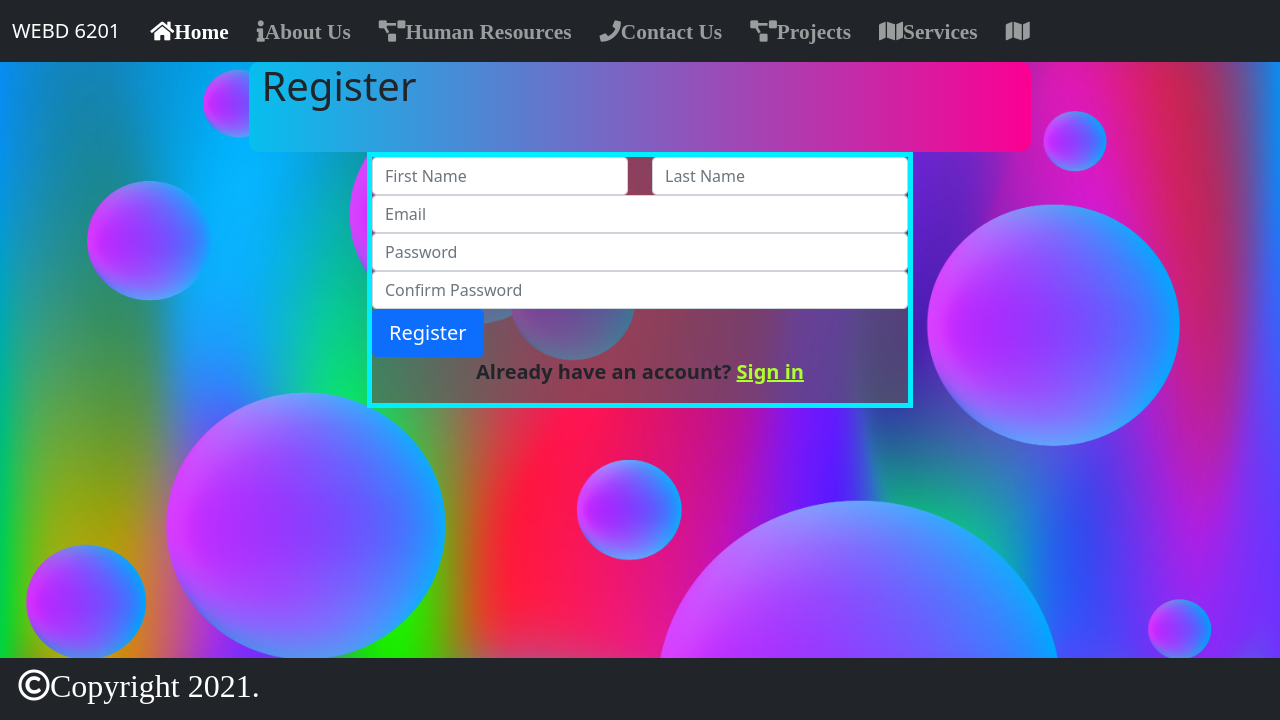
Repository: vans12345678/WEBD6201-W2021-Lab2
Page: register.html
These files come from the project's save history. The page is drawn as it stood at one moment and after the next save; the edit follows.
The browser window is 1280 px wide. The pictures show the whole page.

Above is the page before, as saved 2021-02-24 19:45:13.

### register.html
<!DOCTYPE html>
<html lang="en">
<head>
    <meta charset="UTF-8">
    <meta name="viewport" content="width=device-width, initial-scale=1.0">
    <title>Register</title>
    <!-- CSS Section -->
    <link rel="stylesheet" href="./node_modules/bootstrap/dist/css/bootstrap.min.css">
    <link rel="stylesheet" href="./node_modules/@fortawesome/fontawesome-free/css/all.min.css">
    <link rel="stylesheet" href="./Content/app.css">
</head>
<body class ="Vapor">
    <!-- Main Header -->
    <header>
        <!-- Main Navigation -->
        <nav class="navbar navbar-expand-lg navbar-dark bg-dark">
            <div class="container-fluid">
                <a id ="navHome" class="navbar-brand" href="index.html"></a>
                <button class="navbar-toggler" type="button" data-bs-toggle="collapse" data-bs-target="#navbarSupportedContent" aria-controls="navbarSupportedContent" aria-expanded="false" aria-label="Toggle navigation">
                  <span class="navbar-toggler-icon"></span>
                </button>
                <div class="collapse navbar-collapse" id="navbarSupportedContent">
                  <ul id = "ulNav" class="navbar-nav me-auto mb-2 mb-lg-0">
                    <li class="nav-item">
                      <a  class="nav-link active" aria-current="page" href="index.html"><i id ="navIndex"class = "fas fa-home fa-lg"></i></a>
                    </li>
                    <li class="nav-item" id ="navAbout">
                      <a  class="nav-link " aria-current="page" href="about.html"><i id ="navAboutItem"class = "fas fa-info fa-lg"></i></a>
                    </li>
                    <li class="nav-item">
                      <a  class="nav-link " aria-current="page" href="contact.html"><i id ="navContact"class = "fas fa-phone fa-lg"></i></a>
                    </li>
                    <li class="nav-item">
                      <a  class="nav-link" aria-current="page" href="projects.html"><i id ="navProjects" class ="fas fa-project-diagram fa-lg">Products</i></a>
                    </li>
                    <li class="nav-item">
                      <a  class="nav-link " aria-current="page" href="services.html"><i id ="navServices"class = "fas fa-map fa-lg"></i></a>
                    </li>
                    <li class="nav-item">
                      <a  class="nav-link " aria-current="page" href="login.html"><i id ="navLogin"class = "fas fa-map fa-lg"></i></a>
                    </li>
                  </ul>
                </div>
              </div>
          </nav>
    </header>
<!-- Main Content -->
    <!-- Main Content -->
    <main class="container" id="mainContent">
        <h1 class = "container">Register</h1>
        <div class="row">
            <div class="offset-md-3 col-md-6 col-sm-12">
                  <div class="login" id="contentArea"></div>
                      <form class = "fromBackground" id="registerForm" novalidate>
                        <div class="form-group">
                          <div class="row">
                            <div class="col-md-6">
                              <input class="form-control" type="text" name="firstName" id="FirstName" placeholder="First Name" required>
                            </div>
                            <div class="col-md-6">
                              <input class="form-control" type="text" name="lastName" id="lastName" placeholder="Last Name" required>
                            </div>
                          </div>
                        </div>
                        <div class="form-group">
                          <div class="row">
                            <div class="col-md-12">
                              <input type="email" class="form-control" id="emailAddress" name="emailAddress" required
                              value="" placeholder="Email">
                            </div>
                          </div>
                        </div>
                        <div class="form-group">
                          <div class="row">
                            <div class="col-md-12">
                              <input type="password" class="form-control" id="password" name="password"  required
                              value="" placeholder="Password">
                            </div>
                          </div>
                        </div>
                        <div class="form-group">
                          <div class="row">
                            <div class="col-md-12">
                              <input type="password" class="form-control" id="confirmPassword" name="confirmPassword"  required
                              value="" placeholder="Confirm Password">
                            </div>
                          </div>
                        </div>
                        <div class="text-right">
                          <button id="submitButton" type="submit" class="btn btn-primary btn-lg">Register</button>
                        </div>
                        <p class="text-center fs-5 fw-bold">
                        Already have an account?
                        <a href="login.html">Sign in</a>
                        </p>
                      </form>
                  </div>
            </div>
        </div>
    </main>

<!-- Main Footer -->
<footer>
    <nav class="navbar fixed-bottom navbar-dark bg-dark">
        <div class="container-fluid">
            <h4><i id = "footer" class="far fa-copyright fa-lg site-footer"></i></h4>
        </div>
      </nav>
</footer>
<!-- Script Section -->
<script src="./node_modules/jquery/dist/jquery.min.js"></script>
<script src="./node_modules/bootstrap/dist/js/bootstrap.bundle.min.js"></script>
<script src="./Scripts/app.js"></script>
</body>
</html>

### Content/app.css
/* custom css goes here */
.Vapor {
    background-image: url('../images/vapor.jpg');
    background-repeat: no-repeat;
    background-attachment: fixed;
    background-size: 100% 100%;
  }
  a {
    color: greenyellow;
  }
  .textFont
  {
    font-family: Arial, Helvetica, sans-serif;
    line-height: 32px;
  }
  body
  {
    background-color: rgb(90, 90, 90);
  }
  h1.container{
    border-radius: 10px;
    width: 70%;
    height: 90px;
    margin: 0px auto;
    background: linear-gradient(90deg,#06bfee,#fb0093)
  }
  h1.projects{
    background-color: white;
  }
  .contact-table{
    width: 100%;
    margin:  50px auto;
    background-color: white;
  }
  .contact-form
  {
    width: 100%;
    margin:  100px auto;
  }
  .warnMessage
  {
    width: 90%;
    margin:  50px;
  }
  .site-footer {
    color:white;
  }
  .formMargin
  {
    margin: 35px 70px;
  }
  .inputMargin
  {
    margin: 5px 10px;
  }

  .fromBackground
  {
    background-color: #5a5a5aa1;
    border: 5px solid rgb(0, 238, 255);

  }
  i{
    margin:7px 6px;
  }

### Scripts/app.js
/************************************************************
 * Name: Andre Agrippa, Michai Pryce
 * Date: 01/20/2021
 * Description: This file adds functionality to the Home,
 * About Us, Human Resources, Contact Us, Projects and Services
 * pages.
 * Date Completed:
 */

"use strict";


(function(){

    /**
     * Display Nav bar function to display nav and footer
     */
    function DisplayNav()
    {
        let navTextElement = document.getElementById("navHome").textContent = "WEBD 6201";
        navTextElement = document.getElementById("navIndex").textContent = "Home";
        navTextElement = document.getElementById("navAboutItem").textContent = "About Us";

        let navAboutElement = document.getElementById("navAbout");
        let hrListItem = document.createElement("li");
        hrListItem.setAttribute("id", "liHumanResources");
        hrListItem.setAttribute("class", "nav-item");
        let navbar = document.getElementById("ulNav").appendChild(hrListItem);
        hrListItem.innerHTML = `<a class="nav-link" aria-current="page" href="human-resources.html">
        <i id ="navHumanResources" class ="fas fa-project-diagram fa-lg">Human Resources</i></a>`;
        if(document.title === "Human Resources"){
            hrListItem.innerHTML = `<a class="nav-link active" aria-current="page" href="human-resources.html">
            <i id ="navHumanResources" class ="fas fa-project-diagram fa-lg">Human Resources</i></a>`;
        }

        navAboutElement.after(hrListItem);

        navTextElement = document.getElementById("navContact").textContent = "Contact Us";
        navTextElement = document.getElementById("navProjects").textContent = "Projects";
        navTextElement = document.getElementById("navServices").textContent = "Services";
        navTextElement = document.getElementById("footer").textContent = "Copyright 2021.";
    }

    /**
     * Display home to display index page
     */
    function displayHome()
    {
        DisplayNav();
        let introText = "This is a simple site to demonstrate the about, contact, human resources, projects and services requirements for Lab 1 WEBD 6201 - Client Side Scripting";
        let titleText = "Welcome to WEBD 6201";

        let introTextElement = document.getElementById("indexTitle").textContent = titleText;
        introTextElement = document.getElementById("indexParagraph").textContent = introText;

    }
    /**
     * Display about to display about the creators
     */
    function displayAbout()
    {
        DisplayNav();

        //About Andre
        let aboutElement = document.getElementById("aboutTitle").textContent = "About Us";
        aboutElement = document.getElementById("aboutAText");
        aboutElement.innerHTML = `<h1>Andre Agrippa:</h1>
        <p class = "">I'm a 2nd year student at Durham College in the Computer Programming and Analysis program. I've been
        coding for several years now because I enjoy it and always looking to improve in this aspect.</p>
        <a class = "fa-lg" href="./resumes/andre_resume.pdf" download>Resume Download</a></br></br>
        <img src="./images/aa.jpg" alt="" style="width:500px;height:450px;">`;

        //About Michai
        aboutElement.innerHTML += `<h1>Michai Pryce:</h1>
        <p class = ""> Hello, I am in my final year in the Computer Programming Program at Durham College. I love
        to code and learn about the evergrowing advancements in technology. This is the demonstration for our first lab!
        </p>
        <a class = "fa-lg" href="./resumes/Copy_of_Resume.docx" download>Resume Download</a></br></br>
        <img src="./images/m.jpg" alt="" style="width:500px;height:450px;">`;

    }
    /**
     * Display top 3 projects page
     */
    function displayProjects()
    {
        DisplayNav();

        //Projects 1
        let projectsElement = document.getElementById("projectsTitle").textContent = "Projects";
        projectsElement = document.getElementById("projectsText").innerHTML =
        `<h3>Project One: COBOL Item List</h3>
        <p>This project reads records from a .dat file, performs calculations on the data then outputs it to a .out file neatly formatted.</p>
        <img src="./images/p1.png" alt="" style="width:800px;height:500px;">`;

        //Projects 2
        projectsElement = document.getElementById("projectsText").innerHTML +=
        `<h3>Project Two: C#, XAML, MDF  Preferred Shares and Common Shares</h3>
        <p>This project uses XAML for the windows form and a database to keep track of common and preferred shares.
        The database keeps track of how many shares(common/preferred) are  available and validation is applied.</p>
        <img src="./images/p2.png" alt="" style="width:800px;height:500px;">`;

        //Projects 3
        projectsElement = document.getElementById("projectsText").innerHTML +=
        `<h3>Project Three: ASP.NET and MVC Framework Animal Shelter</h3>
        <p>This project is a web application that keeps track of animals, owners, appointment and login info in a database.
        Relational database concepts are applied.</p>
        <img src="./images/p3.png" alt="" style="width:800px;height:500px;">`;

    }
    /**
     * Display top 3 services page
     */
    function displayServices()
    {
        DisplayNav();

        //Services 1
        let servicesElement = document.getElementById("servicesTitle").textContent = "Services";
        servicesElement = document.getElementById("servicesText").innerHTML =
        `<h3>Web Development:</h3>
        <p>We offer a variety of different web development (Front-end, Back-end, Databases). Languages (PHP, ASP.NET, JavaScript)</p>
        <img src="./images/s1.jpg" alt="" style="width:800px;height:500px;">`;

        //Services 2
        servicesElement = document.getElementById("servicesText").innerHTML +=
        `<h3>OOP Programming</h3>
        <p>We offer a variety of different Object Oriented Programming. We're experienced with C#, C++, Java etc.
        Whether it be windows forms applications, console applications GUI, etc.</p>
        <img src="./images/s2.png" alt="" style="width:800px;height:500px;">`;

        //Services 3
        servicesElement = document.getElementById("servicesText").innerHTML +=
        `<h3>Database Management System</h3>
        <p>It's been almost 3 years since we've had experience in database development. We've used software such as
        Microsoft SQL Server and PgAdmin4. Experienced with relational database concepts.</p>
        <img src="./images/s3.jpg" alt="" style="width:800px;height:500px;">`;


    }
    /**
     * Display contact form page
     */
    function displayContact()
    {
        DisplayNav();

        let messageArea = document.getElementById("messageArea");
        messageArea.hidden = true;

        //form validation
        let fullName = document.getElementById("fullName");
        fullName.addEventListener("blur", function()
        {
            if(fullName.value.length < 2)
            {
                fullName.focus();
                fullName.select();
                messageArea.hidden = false;
                messageArea.className = "alert alert-danger  ";
                messageArea.textContent = "Please enter an appropriate name > 2 characters";
            }
            else
            {
                messageArea.removeAttribute("class");
                messageArea.hidden = true;
            }
        });
            let sendButton = document.getElementById("sendButton");
            sendButton.addEventListener("click", function(event)
            {
                event.preventDefault();
                // //Displays twice?

                let contact = new Contact(fullName.value,contactNumber.value, emailAddress.value, shortMessage.value);

                console.log(contact.serialize());
                if(contact.serialize())
                {
                    localStorage.setItem((localStorage.length + 1).toString(),contact.serialize());

                    window.location.href = "index.html";
                }

            });

    }
    /**
     * Human resources page
     */
    function displayHumanResources()
    {
        DisplayNav();
    }
    function displayLogin()
    {
        DisplayNav();
    }
    function displayRegister()
    {
        DisplayNav();
    }

    /**
     * Start function, depending on document title will load specific page
     */
    function Start()
    {
        console.log("App Started...");

        //Based of title of html
        switch(document.title)
        {
            case "Index":
                displayHome();
                break;
            case "About Us":
                displayAbout();
                break;
            case "Projects":
                displayProjects();
                break;
            case "Services":
                displayServices();
                break;
            case "Contact Us":
                displayContact();
                break;
            case "Contact-List":
                displayContactList();
                break;
            case "Human Resources":
                displayHumanResources();
                break;
            case "Login":
                displayLogin();
                break;
            case "Register":
                displayRegister();
                break;
        }


    }

    window.addEventListener("load", Start);

})();

Loaded but not shown: node_modules/bootstrap/dist/css/bootstrap.min.css (library); node_modules/@fortawesome/fontawesome-free/css/all.min.css (library); node_modules/jquery/dist/jquery.min.js (library); node_modules/bootstrap/dist/js/bootstrap.bundle.min.js (library)

After the next save:
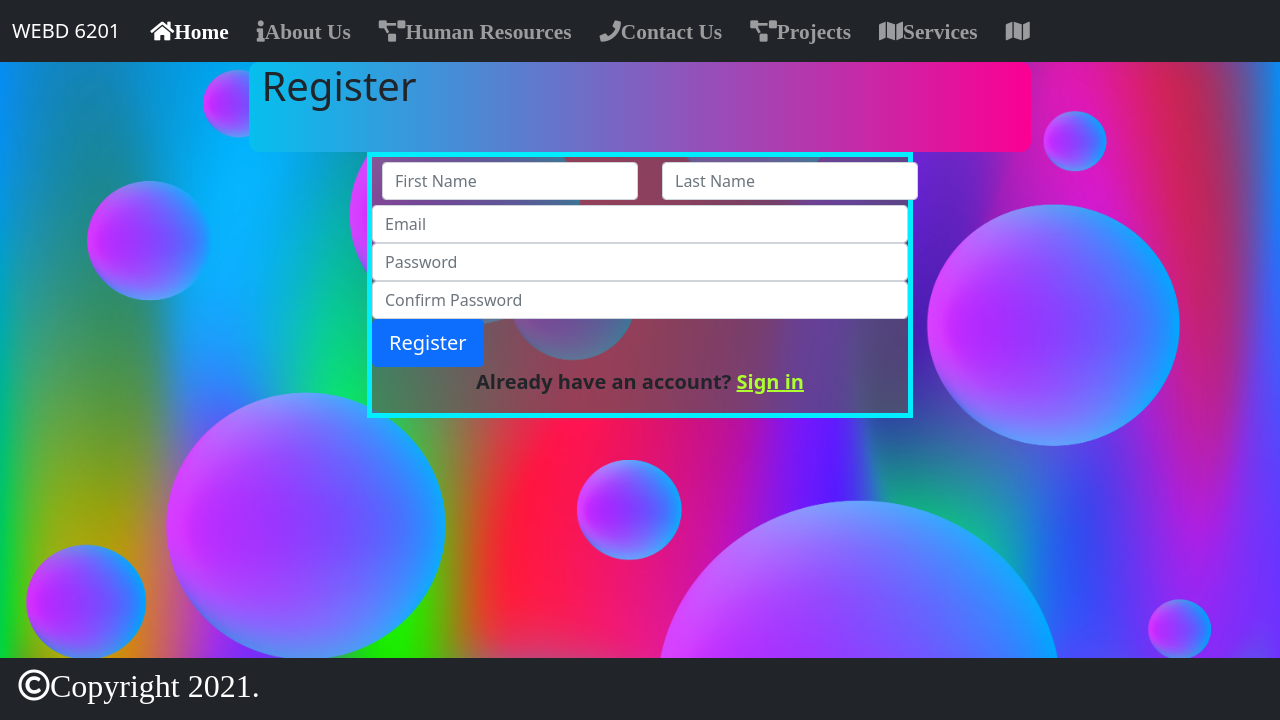
Saved 89 s later.
--- a/register.html
+++ b/register.html
@@ -55,17 +55,17 @@
                         <div class="form-group">
                           <div class="row">
                             <div class="col-md-6">
-                              <input class="form-control" type="text" name="firstName" id="FirstName" placeholder="First Name" required>
+                              <input class="form-control inputMargin" type="text" name="firstName" id="FirstName" placeholder="First Name" required>
                             </div>
                             <div class="col-md-6">
-                              <input class="form-control" type="text" name="lastName" id="lastName" placeholder="Last Name" required>
+                              <input class="form-control inputMargin" type="text" name="lastName" id="lastName" placeholder="Last Name" required>
                             </div>
                           </div>
                         </div>
                         <div class="form-group">
                           <div class="row">
                             <div class="col-md-12">
-                              <input type="email" class="form-control" id="emailAddress" name="emailAddress" required
+                              <input type="email inputMargin" class="form-control" id="emailAddress" name="emailAddress" required
                               value="" placeholder="Email">
                             </div>
                           </div>
@@ -73,7 +73,7 @@
                         <div class="form-group">
                           <div class="row">
                             <div class="col-md-12">
-                              <input type="password" class="form-control" id="password" name="password"  required
+                              <input type="password inputMargin" class="form-control" id="password" name="password"  required
                               value="" placeholder="Password">
                             </div>
                           </div>

After the save that followed:
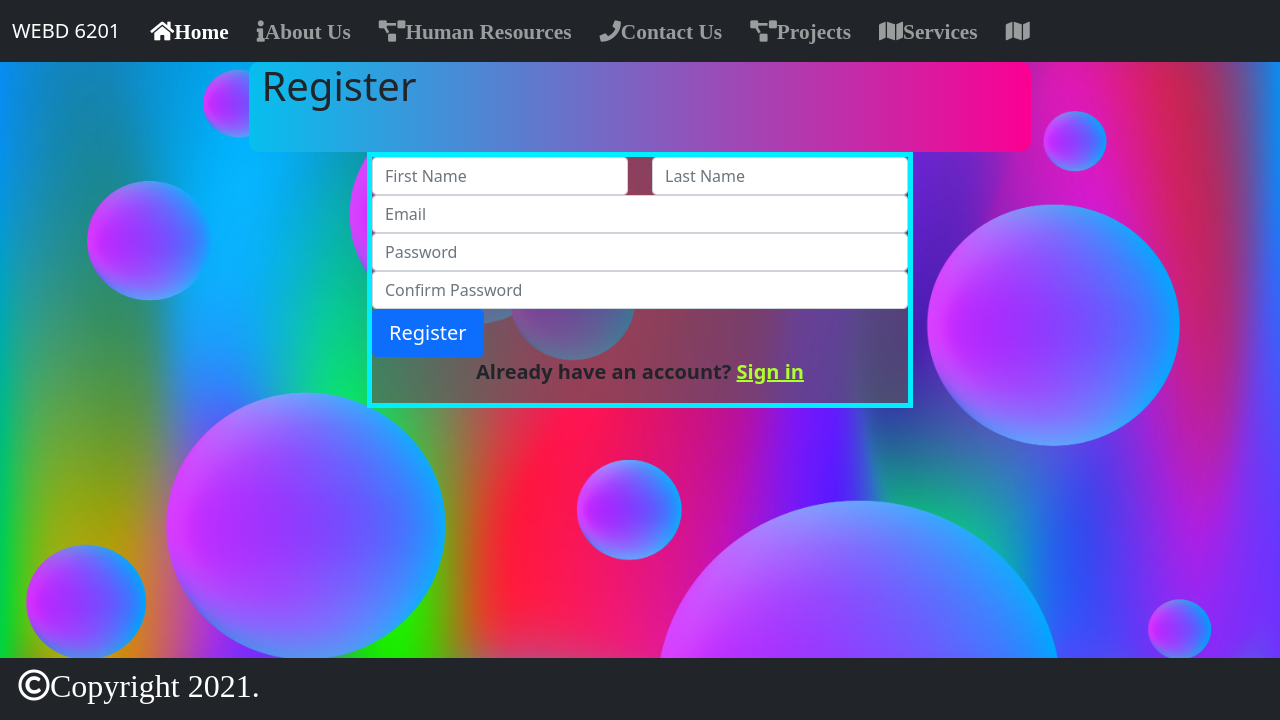
Saved 12 s later.
--- a/register.html
+++ b/register.html
@@ -55,17 +55,17 @@
                         <div class="form-group">
                           <div class="row">
                             <div class="col-md-6">
-                              <input class="form-control inputMargin" type="text" name="firstName" id="FirstName" placeholder="First Name" required>
+                              <input class="form-control" type="text" name="firstName" id="FirstName" placeholder="First Name" required>
                             </div>
                             <div class="col-md-6">
-                              <input class="form-control inputMargin" type="text" name="lastName" id="lastName" placeholder="Last Name" required>
+                              <input class="form-control" type="text" name="lastName" id="lastName" placeholder="Last Name" required>
                             </div>
                           </div>
                         </div>
                         <div class="form-group">
                           <div class="row">
                             <div class="col-md-12">
-                              <input type="email inputMargin" class="form-control" id="emailAddress" name="emailAddress" required
+                              <input type="email" class="form-control" id="emailAddress" name="emailAddress" required
                               value="" placeholder="Email">
                             </div>
                           </div>
@@ -73,7 +73,7 @@
                         <div class="form-group">
                           <div class="row">
                             <div class="col-md-12">
-                              <input type="password inputMargin" class="form-control" id="password" name="password"  required
+                              <input type="password" class="form-control" id="password" name="password"  required
                               value="" placeholder="Password">
                             </div>
                           </div>
